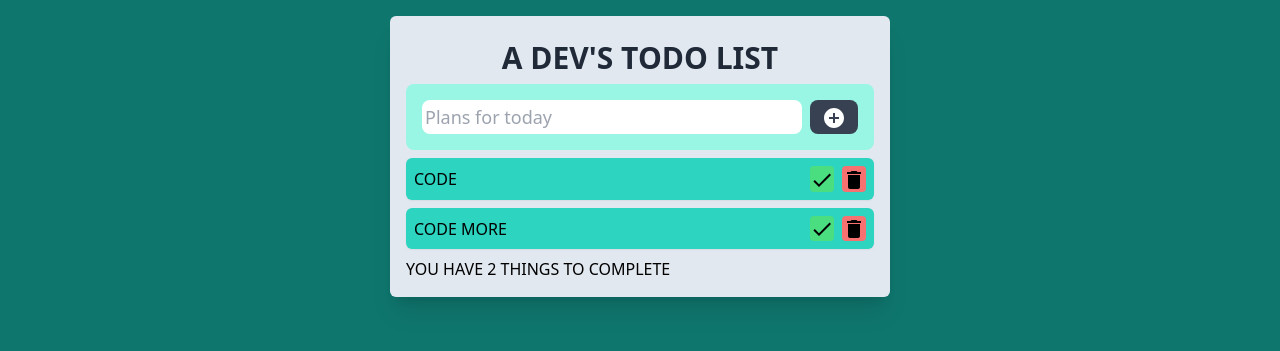
Repository: DevAntonioRogers/React-Todo-CRUD-App
Page: /
An editor plug-in stored every save of this project. The page is shown before and after the next save, followed by the edit.
The browser window is 1280 px wide. The pictures show the whole page.
The project was rebuilt for these pictures with package versions that can differ from the ones it lists, and the page was loaded fresh each time. Also part of the build but not shown: vite.config.ts.

Above is the page before, as saved 2023-05-14 20:04:19.

After the next save:
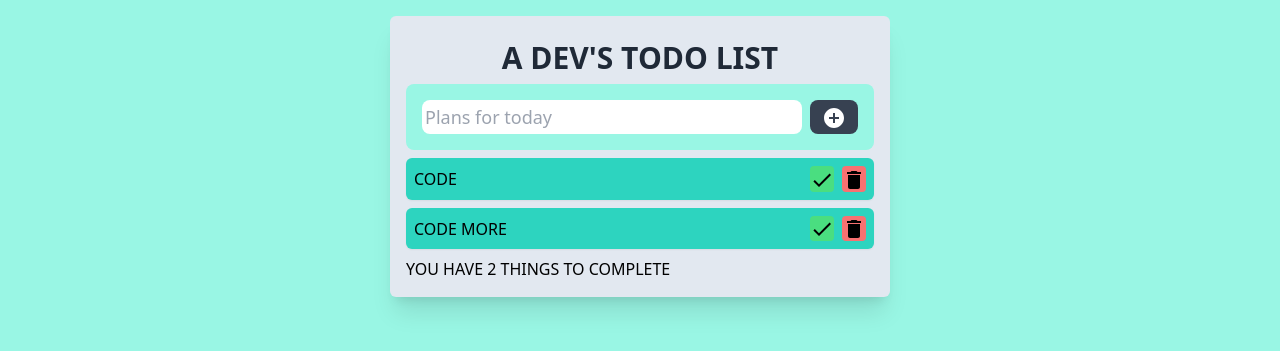
Saved 10 s later.
--- a/src/App.tsx
+++ b/src/App.tsx
@@ -7,7 +7,7 @@ const App = () => {
   const [todo, setTodo] = useState(["code", "code more"]);
 
   return (
-    <div className="h-screen w-screen p-4 bg-teal-700">
+    <div className="h-screen w-screen p-4 bg-teal-200">
       <div className="bg-slate-200 max-w-[500px] w-full m-auto rounded-md shadow-xl p-4">
         <h1 className="text-3xl font-bold text-center text-gray-800 p-2">A DEV'S TODO LIST</h1>
         <Form />
